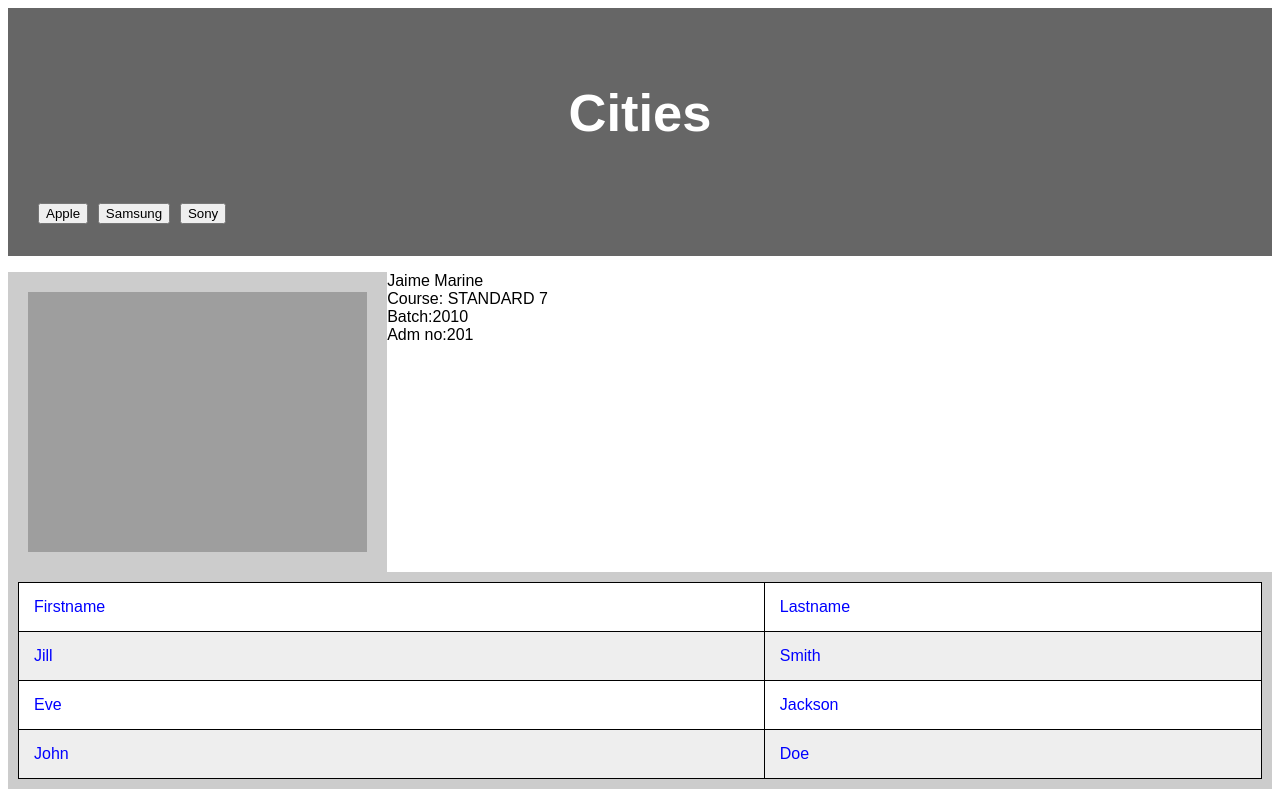
Repository: sandunigayanjali/Library_System
Page: http://localhost/library_management/studentProfile2.jsp
These files come from the project's save history. The page is drawn as it stood at one moment and after the next save; the edit follows.
The browser window is 1280 px wide. The pictures show the whole page.
Pictures or frames that could not be fetched are drawn as grey boxes. The page is served by Tomcat 9.

Above is the page before, as saved 2018-11-23 16:09:57.

After the next save:
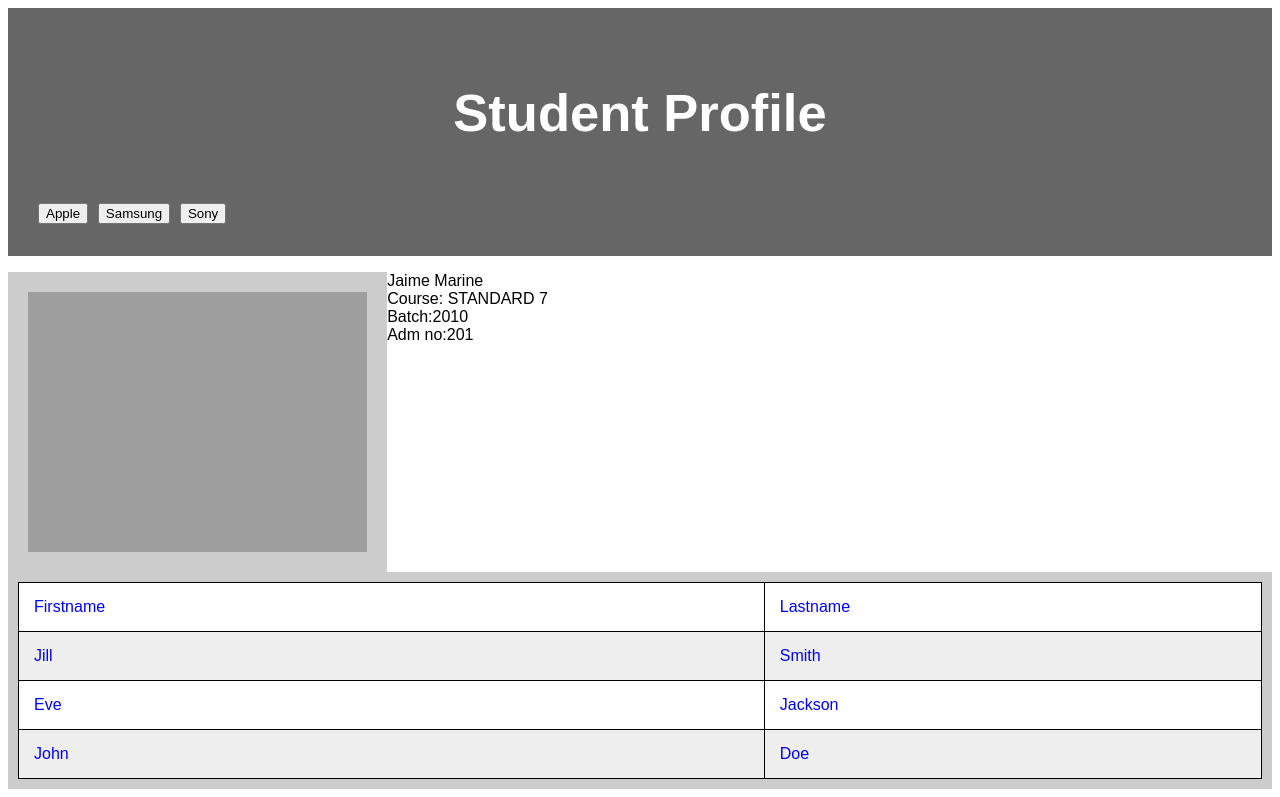
Saved 24 s later.
--- a/library management/WebContent/studentProfile2.jsp
+++ b/library management/WebContent/studentProfile2.jsp
@@ -101,7 +101,7 @@ border-spacing:3px;
 <body>
 
 <header>
-  <h2>Cities</h2>
+  <h2>Student Profile</h2>
 
   <div class="container">
  <div class="btn-group" align="left">
